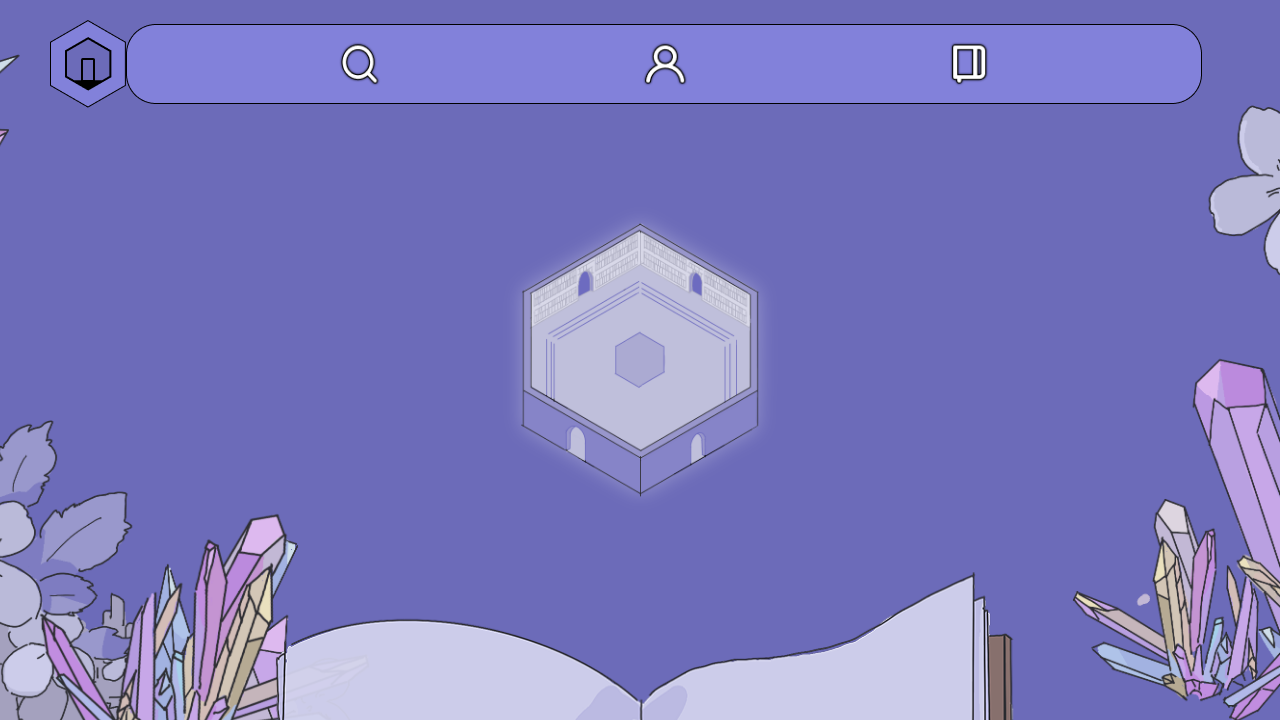
Repository: carolmmc/BabelLibrary
Page: find.html
The author's editor kept a copy of each file at every save. The page is drawn from the files as they stood at one save, then again after the next save.
The browser window is 1280 px wide. The pictures show the window.
A layer covers the whole window, so only the first screen is drawn.

Above is the page before, as saved 2025-05-09 17:06:19.

### find.html
<!DOCTYPE html>
<html lang="zh-CN">
<head>
    <meta charset="UTF-8">
    <meta name="viewport" content="width=device-width, initial-scale=1.0">
    <style>
        * {
            margin: 0;
            padding: 0;
            box-sizing: border-box;
        }

        body {
            background: #6C6BB9;
            min-height: 100vh;
            font-family: 'PingFang SC', 'Microsoft YaHei', sans-serif;
        }

        .header {
            display: flex;
            justify-content: space-between;
            align-items: center;
            padding: 20px 50px;
            position: fixed;
            top: 0;
            left: 0;
            right: 0;
            z-index: 100;
        }

        .logo {
            width: 75.892px;
            height: 87.633px;
            flex-shrink: 0;
            object-fit: contain; /* 保持图片比例 */
        }

        /* 导航栏容器 */
        .nav-container {
            position: relative;
            width: 1076px;
            height: 80px;
        }

        /* 导航图标容器 */
        .nav-icons {
            position: absolute;
            top: 50%;
            left: 50%;
            transform: translate(-50%, -50%);
            display: flex;
            justify-content: space-between; /* 改用 space-between 实现均匀分布 */
            width: 60%; /* 控制图标分布的整体宽度范围 */
            z-index: 2;
        }

        /* 导航图标通用样式 */
        .nav-icon {
            flex-shrink: 0;
            cursor: pointer;
            filter: drop-shadow(0px 0px 1px #000);
            transition: transform 0.3s ease; /* 将过渡效果移到这里 */
        }

        /* 搜索图标 */
        .find-icon {
            width: 37px;
            height: 39px;
        }

        /* 我的图标 */
        .mine-icon {
            width: 40px;
            height: 39px;
        }

        /* 书架图标 */
        .shelf-icon {
            width: 34px;
            height: 39px;
        }

        /* 图标悬停效果 */
        .nav-icon:hover {
            transform: scale(1.1);
        }

        .content-center {
            position: absolute;
            top: 50%;
            left: 50%;
            transform: translate(-50%, -50%);
            text-align: center;
            width: 100%;
            display: flex;
            justify-content: center;
            align-items: center;
            height: 100vh;
        }

        .find-image-container {
            display: flex;
            width: 800px;  /* 增加宽度 */
            height: 800px; /* 增加高度，保持近似正方形 */
            flex-direction: column;
            justify-content: center;
            align-items: center;
            flex-shrink: 0;
            aspect-ratio: 1/1;  /* 修改为正方形比例 */
            padding: 20px;  /* 添加内边距 */
        }

        .find-main-image {
            width: 100%;
            height: 100%;
            object-fit: contain;
            filter: drop-shadow(0 0 10px rgba(255, 255, 255, 0.3));  /* 添加微光效果 */
        }

        /* 底部装饰图样式 */
        .bottom-decoration {
            position: fixed;
            bottom: 0;
            left: 50%;
            transform: translateX(-50%);  /* 居中定位 */
            width: 1526px;  /* 使用原始宽度 */
            height: 859px;  /* 使用原始高度 */
            background: url('homepage frame1.png') bottom center no-repeat;
            background-size: contain;  /* 确保图片完整显示 */
            z-index: 1;
            animation: breath-animation 4s ease-in-out infinite;
        }

        /* 添加第二个装饰图样式 */
        .decoration-frame2 {
            position: fixed;
            bottom: 0;
            left: 50%;
            transform: translateX(-50%);
            width: 775px;
            height: 155px;
            flex-shrink: 0;
            aspect-ratio: 5/1;
            background: url('homepageframe2.png') center no-repeat;
            background-size: contain;
            z-index: 2; /* 确保显示在第一个装饰图之上 */
            animation: breath-animation 4s ease-in-out infinite;
        }

        /* 修改呼吸动画 */
        @keyframes breath-animation {
            0%, 100% {
                opacity: 0.9;
                transform: translateX(-50%) scale(1);  /* 保持居中的同时缩放 */
            }
            50% {
                opacity: 1;
                transform: translateX(-50%) scale(1.02);
            }
        }
    </style>
</head>
<body>
    <header class="header">
        <img src="logo.png" alt="巴别插画 Logo" class="logo">
        <div class="nav-container">
            <img src="navigate background.png" alt="导航栏" class="nav-background">
            <div class="nav-icons">
                <img src="find.png" alt="搜索" class="nav-icon find-icon">
                <img src="mine.png" alt="我的" class="nav-icon mine-icon">
                <img src="shelf.png" alt="书架" class="nav-icon shelf-icon">
            </div>
        </div>
        <div style="width: 150px;"></div>
    </header>

    <div class="content-center">
        <div class="find-image-container">
            <img src="find1.png" alt="查找" class="find-main-image">
        </div>
    </div>
    <div class="bottom-decoration"></div>
    <div class="decoration-frame2"></div>
</body>
</html>

After the next save:
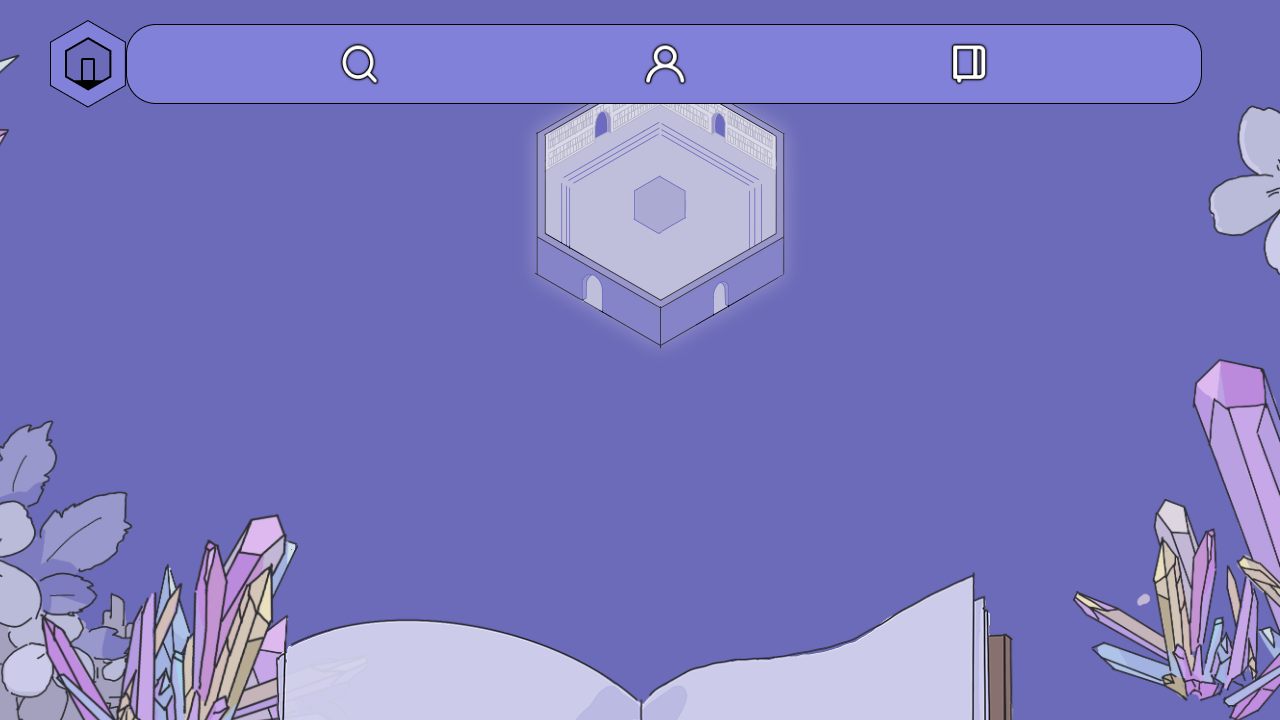
Saved 34 min 34 s later.
--- a/find.html
+++ b/find.html
@@ -158,6 +158,49 @@
                 transform: translateX(-50%) scale(1.02);
             }
         }
+
+        .hexagon-container {
+            position: relative;
+            width: 800px;
+            height: 800px;
+            margin: 0 auto;
+        }
+
+        .hexagon-wrapper {
+            position: absolute;
+            opacity: 0;
+            transform: scale(0.8);
+            transition: all 0.3s ease-in-out;
+        }
+
+        .hexagon-wrapper.active {
+            opacity: 1;
+            transform: scale(1);
+        }
+
+        .hexagon {
+            width: 100%;
+            height: 100%;
+            display: flex;
+            align-items: center;
+            justify-content: center;
+            position: relative;
+        }
+
+        .click-area {
+            position: absolute;
+            width: 100px;
+            height: 100px;
+            cursor: pointer;
+            z-index: 10;
+        }
+
+        .click-area.top { top: -50px; left: calc(50% - 50px); }
+        .click-area.top-right { top: 25%; right: -50px; }
+        .click-area.bottom-right { bottom: 25%; right: -50px; }
+        .click-area.bottom { bottom: -50px; left: calc(50% - 50px); }
+        .click-area.bottom-left { bottom: 25%; left: -50px; }
+        .click-area.top-left { top: 25%; left: -50px; }
     </style>
 </head>
 <body>
@@ -176,7 +219,28 @@
 
     <div class="content-center">
         <div class="find-image-container">
-            <img src="find1.png" alt="查找" class="find-main-image">
+            <div class="hexagon-container">
+                <!-- 主六边形 -->
+                <div class="hexagon-wrapper active" id="hexagon-main">
+                    <div class="hexagon">
+                        <img src="find1.png" alt="查找" class="find-main-image">
+                        <div class="click-area top" data-target="hexagon-2-1"></div>
+                        <div class="click-area top-right" data-target="hexagon-2-2"></div>
+                        <div class="click-area bottom-right" data-target="hexagon-2-3"></div>
+                        <div class="click-area bottom" data-target="hexagon-2-4"></div>
+                        <div class="click-area bottom-left" data-target="hexagon-2-5"></div>
+                        <div class="click-area top-left" data-target="hexagon-2-6"></div>
+                    </div>
+                </div>
+
+                <!-- 第二层六边形 -->
+                <div class="hexagon-wrapper" id="hexagon-2-1">
+                    <div class="hexagon">
+                        <img src="find2.png" alt="查找2" class="find-main-image">
+                    </div>
+                </div>
+                <!-- 添加其他第二层六边形... -->
+            </div>
         </div>
     </div>
     <div class="bottom-decoration"></div>

After the save that followed:
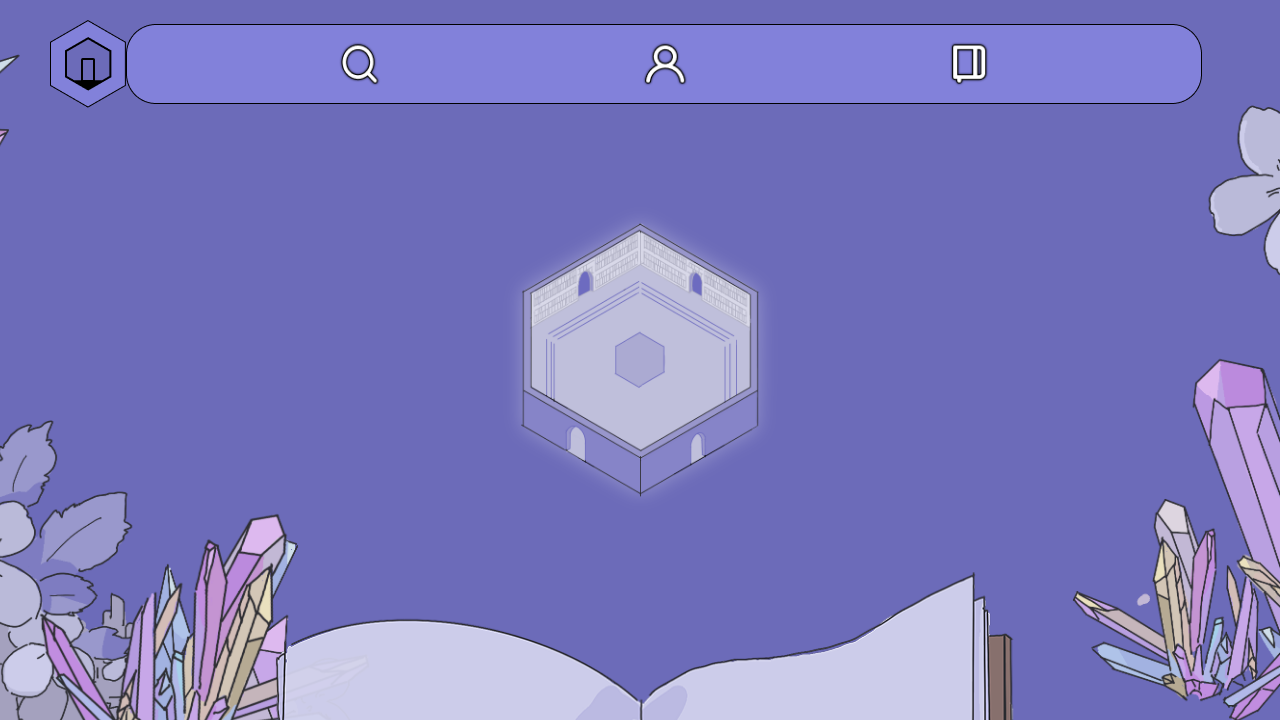
Saved 25 s later.
--- a/find.html
+++ b/find.html
@@ -158,49 +158,6 @@
                 transform: translateX(-50%) scale(1.02);
             }
         }
-
-        .hexagon-container {
-            position: relative;
-            width: 800px;
-            height: 800px;
-            margin: 0 auto;
-        }
-
-        .hexagon-wrapper {
-            position: absolute;
-            opacity: 0;
-            transform: scale(0.8);
-            transition: all 0.3s ease-in-out;
-        }
-
-        .hexagon-wrapper.active {
-            opacity: 1;
-            transform: scale(1);
-        }
-
-        .hexagon {
-            width: 100%;
-            height: 100%;
-            display: flex;
-            align-items: center;
-            justify-content: center;
-            position: relative;
-        }
-
-        .click-area {
-            position: absolute;
-            width: 100px;
-            height: 100px;
-            cursor: pointer;
-            z-index: 10;
-        }
-
-        .click-area.top { top: -50px; left: calc(50% - 50px); }
-        .click-area.top-right { top: 25%; right: -50px; }
-        .click-area.bottom-right { bottom: 25%; right: -50px; }
-        .click-area.bottom { bottom: -50px; left: calc(50% - 50px); }
-        .click-area.bottom-left { bottom: 25%; left: -50px; }
-        .click-area.top-left { top: 25%; left: -50px; }
     </style>
 </head>
 <body>
@@ -219,28 +176,7 @@
 
     <div class="content-center">
         <div class="find-image-container">
-            <div class="hexagon-container">
-                <!-- 主六边形 -->
-                <div class="hexagon-wrapper active" id="hexagon-main">
-                    <div class="hexagon">
-                        <img src="find1.png" alt="查找" class="find-main-image">
-                        <div class="click-area top" data-target="hexagon-2-1"></div>
-                        <div class="click-area top-right" data-target="hexagon-2-2"></div>
-                        <div class="click-area bottom-right" data-target="hexagon-2-3"></div>
-                        <div class="click-area bottom" data-target="hexagon-2-4"></div>
-                        <div class="click-area bottom-left" data-target="hexagon-2-5"></div>
-                        <div class="click-area top-left" data-target="hexagon-2-6"></div>
-                    </div>
-                </div>
-
-                <!-- 第二层六边形 -->
-                <div class="hexagon-wrapper" id="hexagon-2-1">
-                    <div class="hexagon">
-                        <img src="find2.png" alt="查找2" class="find-main-image">
-                    </div>
-                </div>
-                <!-- 添加其他第二层六边形... -->
-            </div>
+            <img src="find1.png" alt="查找" class="find-main-image">
         </div>
     </div>
     <div class="bottom-decoration"></div>
